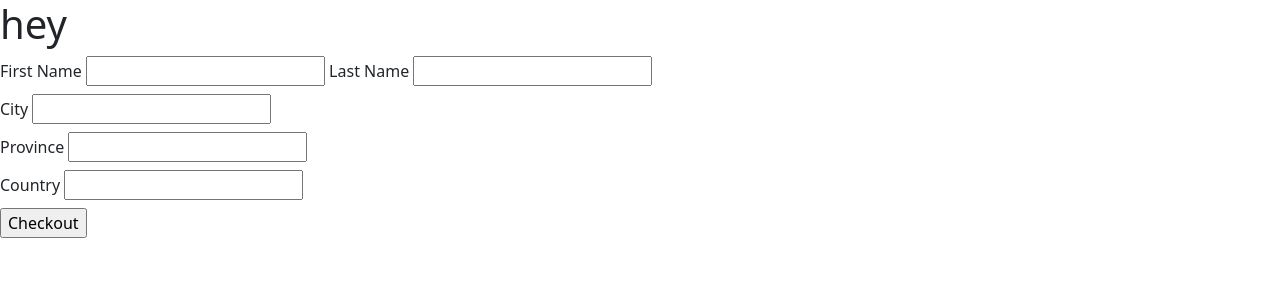
Repository: Flatbook/sliced_bread
Page: http://localhost/checkout
An editor plug-in stored every save of this project. The page is shown before and after the next save, followed by the edit.
The browser window is 1280 px wide. The pictures show the whole page.
Some web libraries are served in a nearby version. The page is served by the project's application, run on Flask 3 (app.py).

Above is the page before, as saved 2021-05-15 23:43:53.

After the next save:
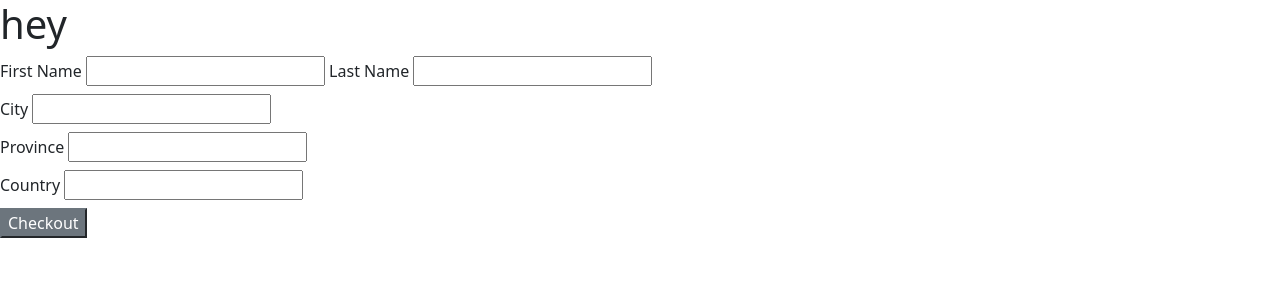
Saved 22 s later.
--- a/flask_project/templates/checkout.html
+++ b/flask_project/templates/checkout.html
@@ -26,7 +26,7 @@
 	{{ form.country (class ="form-label") }}
 </br>
 
-	{{ form.submit }}
+	{{ form.submit (class ="btn-secondary") }}
 </form>
 
 <!-- {% if name %}
